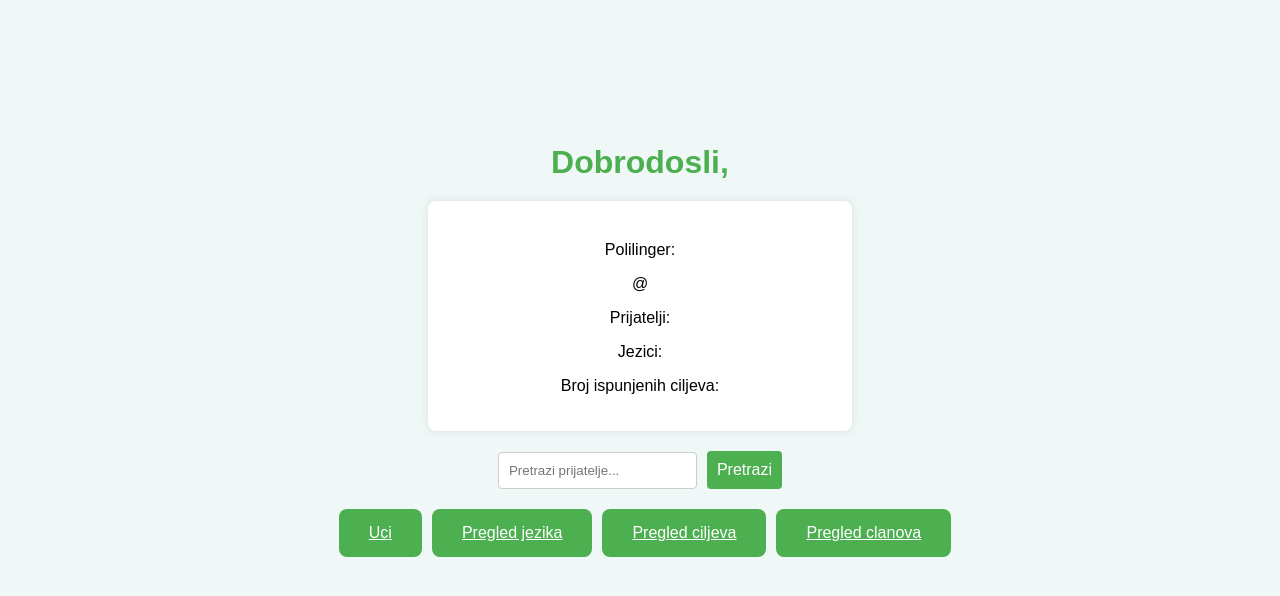
Repository: jodz4k/Polilingo-Spring-web-app
Page: http://localhost/PolilingoWeb/clan.jsp
An editor plug-in stored every save of this project. The page is shown before and after the next save, followed by the edit.
The browser window is 1280 px wide. The pictures show the whole page.
The page is served by Tomcat 10. The template is opened directly, without the code that normally fills it, so the values that code supplies are empty.

Above is the page before, as saved 2024-02-05 03:30:03.

After the next save:
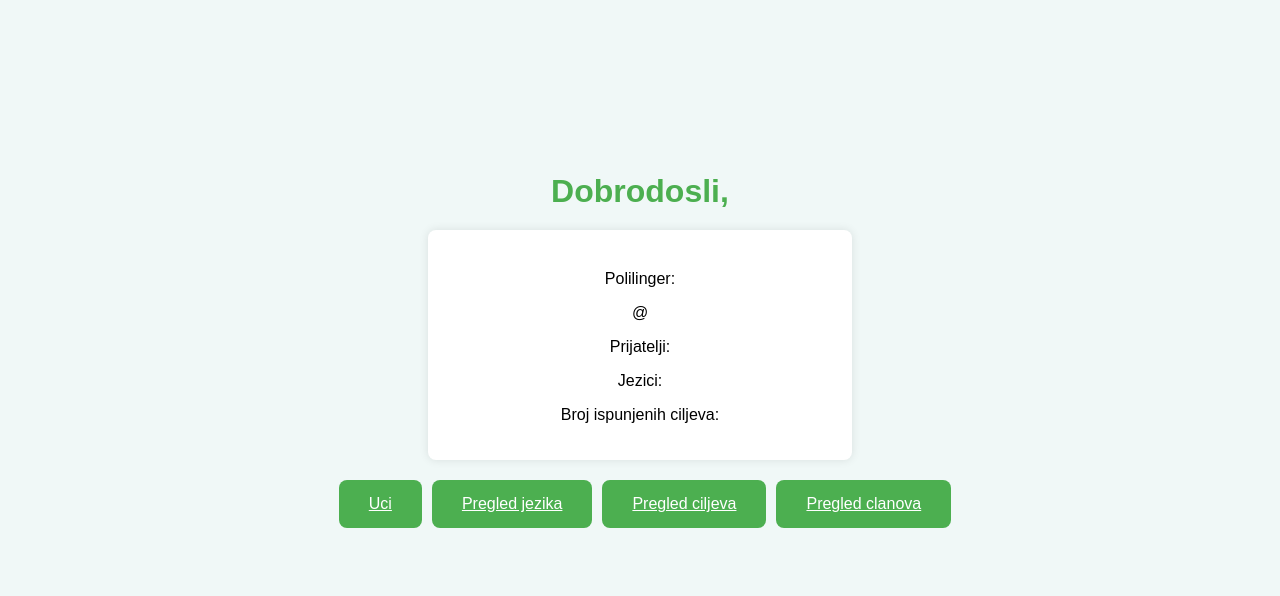
Saved 20 s later.
--- a/PolilingoWeb/src/main/webapp/clan.jsp
+++ b/PolilingoWeb/src/main/webapp/clan.jsp
@@ -122,13 +122,6 @@ h1 {
 		</div>
 	</div>
 
-
-	<div class="search-bar">
-		<input type="text" id="search-input"
-			placeholder="Pretrazi prijatelje...">
-		<button id="search-button">Pretrazi</button>
-	</div>
-
 	<div class="action-buttons">
 		<a href="/Polilingo/clan/ucenjeJezikaZaClana" class="action-button">Uci</a>
 		<a href="/Polilingo/jezik/ispisiJezikeZaClanove"class="action-button">Pregled jezika</a>
